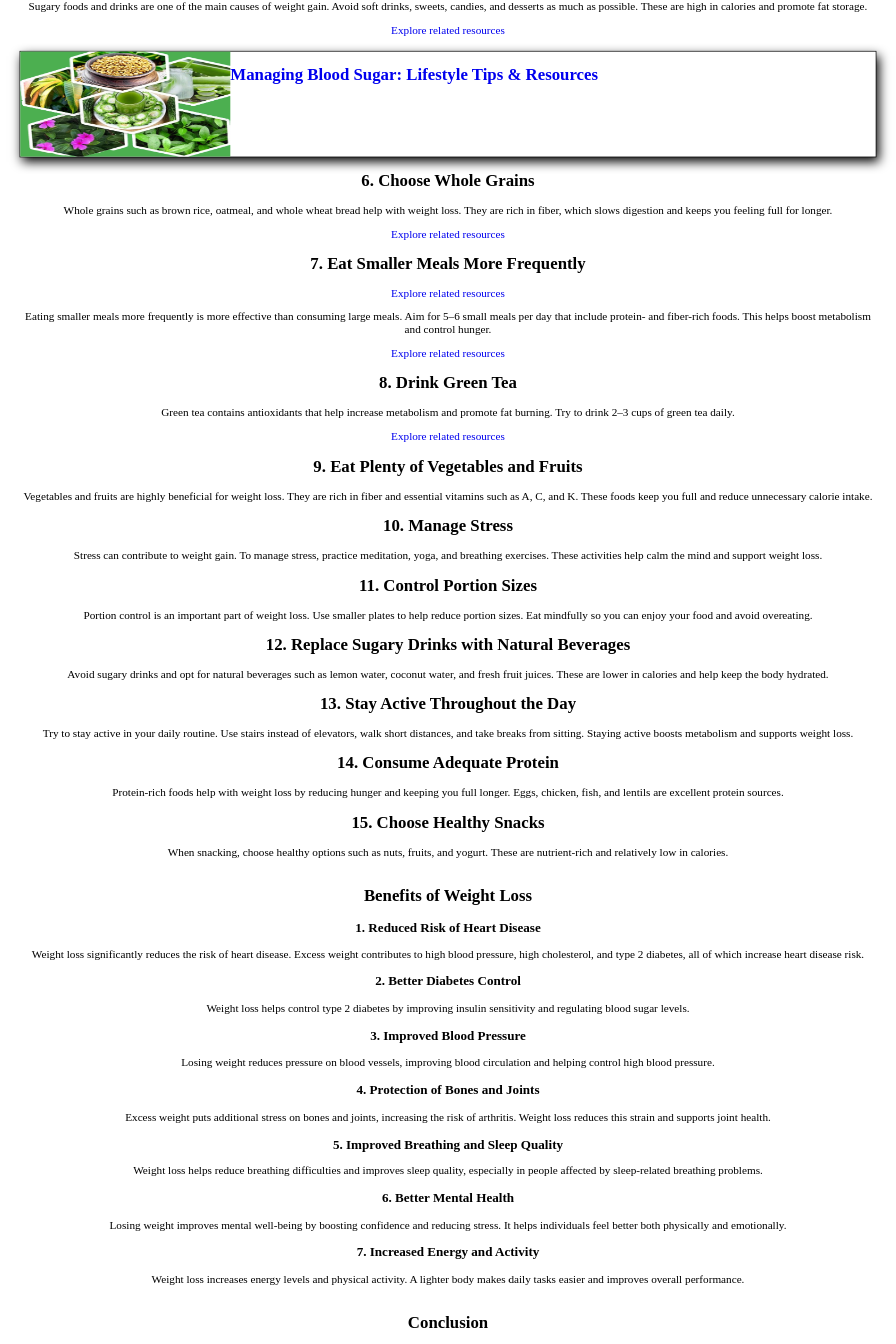
Repository: ridhukhan/spytimes
Page: /weightlose
The author's editor kept a copy of each file at every save. The page is drawn from the files as they stood at one save, then again after the next save.
The browser window is 1280 px wide. The pictures show the part of the page from y = 2624 to 4544 px (the page is 4600 px tall before and 4870 px after), at 70% of full size.
The project was rebuilt for these pictures with package versions that can differ from the ones it lists, and the page was loaded fresh each time. Also part of the build but not shown: vite.config.js, src/pages/home/Home.jsx, src/components/policy/PrivecyPolicy.jsx, src/components/policy/Terms.jsx, src/components/trending/TrendingDetails.jsx, src/pages/heath/Dieabeties.jsx, src/pages/heath/Health.jsx, src/pages/heath/Allergy.jsx.

Above is the page before, as saved 2026-01-15 10:58:49.

### index.html
<!doctype html>
<html lang="en">
  <head>
    <meta charset="UTF-8" />
    <link rel="icon" type="image/svg+xml" href="/vite.svg" />
    <meta name="6a97888e-site-verification" content="945cf2ffcb6885b11db89e632c2e0750">
    <meta name="viewport" content="width=device-width, initial-scale=1.0" />
    <title>spytimes</title>
  </head>
  <body>
<script async type="application/javascript" src="https://a.magsrv.com/ad-provider.js"></script>
 <ins class="eas6a97888e42" data-zoneid="5828556"></ins>
 <script>(AdProvider = window.AdProvider || []).push({"serve": {}});</script>
    <script async type="application/javascript" src="https://a.magsrv.com/ad-provider.js"></script>
 <ins class="eas6a97888e42" data-zoneid="5828556"></ins>
 <script>(AdProvider = window.AdProvider || []).push({"serve": {}});</script>
    <script type="application/javascript">
    var ad_idzone = "5827850",
    ad_popup_fallback = false,
    ad_popup_force = false,
    ad_chrome_enabled = true,
    ad_new_tab = false,
    ad_frequency_period = 30,
    ad_frequency_count = 1,
    ad_trigger_method = 3,
    ad_trigger_delay = 0,
    ad_capping_enabled = true;
</script>
<script type="application/javascript" src="https://a.pemsrv.com/popunder1000.js"></script>
       <script async src="https://a.pemsrv.com/ad-provider.js"></script>
<ins class="eas6a97888e33" data-zoneid="5827872"></ins>
       <div id="root"></div>

<script>(AdProvider = window.AdProvider || []).push({"serve": {}});</script>

<script async type="application/javascript" src="https://a.magsrv.com/ad-provider.js"></script>
 <ins class="eas6a97888e14" data-zoneid="5827854"></ins>
 <script>(AdProvider = window.AdProvider || []).push({"serve": {}});</script>
<script type="module" src="/src/main.jsx"></script>

<script async type="application/javascript" src="https://a.magsrv.com/ad-provider.js"></script>
 <ins class="eas6a97888e31" data-zoneid="5829372"></ins>
 <script>(AdProvider = window.AdProvider || []).push({"serve": {}});</script>
 </body>
</html>

### src/main.jsx
import {BrowserRouter} from "react-router-dom"

import { createRoot } from 'react-dom/client'
import './index.css'
import App from './App.jsx'
import { StrictMode } from "react"
createRoot(document.getElementById('root')).render(

    <BrowserRouter>
    <App />
    </BrowserRouter>

 ,
)

### src/index.css
@media screen and (max-width:414px){
  *{
    width: 100%;
    padding:0;
margin: 0;
  }

  body{
width: 100%;
background-color: white;
color: black;
  }
}

### src/App.jsx
import { Route, Routes } from "react-router-dom"
import Navbar from "./nav/Navbar"
import Home from "./pages/home/Home"
import PrivecyPolicy from "./components/policy/PrivecyPolicy"
import Terms from "./components/policy/Terms"
import TrendingDetails from "./components/trending/TrendingDetails"
import Dieabeties from "./pages/heath/Dieabeties"
import Health from "./pages/heath/Health"
import Allergy from "./pages/heath/Allergy"
import WeightLose from "./pages/heath/WeightLose"

function App() {

  return (
    <div>

   <Navbar/>

   <Routes>
    <Route path="/" element={<Home/>}/>
    <Route  path="/privecypolicy" element={<PrivecyPolicy/>}/>
    <Route  path="/Terms" element={<Terms/>}/>
    <Route  path="/Trendingdetails" element={<TrendingDetails/>}/>
    <Route path="/blood-sugar-natural-tips" element={<Dieabeties/>}/>
<Route path="/health" element={<Health/>}/>
<Route path="/allergy" element={<Allergy/>}/>
<Route path="/weightlose" element={<WeightLose/>}/>


   </Routes>
    </div>
  )
}

export default App

### src/nav/Navbar.jsx
import React from 'react'
import "./Navbar.css"
import { ImCross } from "react-icons/im";
import { TiThMenu } from "react-icons/ti";
import logo from "../assets/download.jpeg"
import { useState } from 'react';
import { Link} from 'react-router-dom';
const Navbar = () => {
    const [openmenu,setOpenmenu]=useState(false)
  return (
    <div style={{position:"fixed",backgroundColor:"red",display:"flex",
    width:"100%", height:"80px", top:"0", zIndex:"1000", boxShadow:"2px 5px 14px black"}}>
<img src={logo} alt="logo" style={{width:"80px", height:"80px", borderRadius:"100%"}}/>
<h1 style={{marginTop:"2%", marginLeft:"7%",}}>SPAY TIMES</h1>
<TiThMenu  onClick={()=>setOpenmenu(!openmenu)}  style={{width:"50px",height:"30px", marginTop:"5%", }}/>

   {openmenu? <div style={{display:"grid",position:"absolute",width:"90%",background:"black", height:"600px", zIndex:"999", marginTop:"10%", borderRadius:"19px", right:"0"}}>
<ImCross onClick={()=>setOpenmenu(null)} style={{ color:"red", left:"0", justifyContent:"flex-start", width:"50px", height:"30px"}}/>

  <ul>


    <Link to={"/"}><li onClick={()=>setOpenmenu(null)}>Home</li></Link>
    <li>USA</li>
    <li>UK</li>
    <li>ASIA</li>
    <Link to={"/health"}><li onClick={()=>setOpenmenu(null)}>Health</li></Link>
   <Link to={"/privecypolicy"}><li   onClick={()=>setOpenmenu(null)} style={{color:"blue"}}>Privecy Policy</li></Link>
<Link to={"/Terms"}><li  onClick={()=>setOpenmenu(null)} style={{color:"blue"}}>Terms &  condition</li></Link>

  </ul>










   </div>: null}
    </div>
  )
}


export default Navbar

### src/pages/heath/WeightLose.jsx
import React from 'react';
import weightlose from "../../assets/weightlose.jpeg";
import diabetes from "../../assets/diabetes01.png";
import { Link } from 'react-router-dom';

import ExoClickBanner from '../../components/ads/ExoclicBanner'
import MagSrvInPlaceAd from '../../components/ads/MagSrvInPlaceAd'

const WeightLose = () => {
  return (
    <div style={{marginTop:"20%", textAlign:"center", padding: "0 20px"}}>
      <ExoClickBanner/>
      <p style={{fontSize:"14px",color:"#555"}}>

        <strong>Disclaimer:</strong> This content is intended for educational purposes only and is not a substitute for professional medical advice, diagnosis, or treatment. Always consult a qualified healthcare provider before making any changes to your diet, exercise routine, or lifestyle.
      </p>

      <h1>Simple and Effective Ways to Lose Weight Naturally for Men and Women</h1>


      <p>Maintaining a healthy weight is essential for overall well-being and long-term health. In today's fast-paced lifestyle, changes in daily habits, food choices, and physical activity have led to a significant increase in weight gain among people of all ages.</p>

      <a href="https://www.effectivegatecpm.com/b4s3z1g3h3?key=624d68387e04f583c66e77df9c6d18a7" target='_blank' rel='nofollow'>
        <img src={weightlose} alt="Healthy lifestyle tips for supporting Weight Lose" style={{maxWidth: "100%"}} />
      </a>
      <ExoClickBanner/>
      <h2>1. Follow a Balanced Diet</h2>
      <p>The first step to healthy weight loss is following a balanced diet. Include adequate amounts of protein, vegetables, fruits, and whole grains in your daily meals. Protein plays a crucial role in weight loss as it reduces hunger and keeps you feeling full for a longer time. Good sources of protein include chicken, eggs, fish, lentils, and chickpeas.</p>
      <a href="https://www.effectivegatecpm.com/b4s3z1g3h3?key=624d68387e04f583c66e77df9c6d18a7" target="_blank" rel="nofollow">
        Explore related resources
      </a>
<MagSrvInPlaceAd/>
      <h2>2. Exercise Regularly</h2>
      <p>Physical exercise is essential for weight loss. Aim to exercise for at least 30 minutes every day.</p>
      <a href="https://www.effectivegatecpm.com/b4s3z1g3h3?key=624d68387e04f583c66e77df9c6d18a7" target="_blank" rel="nofollow">
        Explore related resources
      </a>
      <p>Activities such as walking, running, cycling, and yoga are excellent options. Exercise not only helps reduce weight but also boosts metabolism.</p>
      <a href="https://www.effectivegatecpm.com/b4s3z1g3h3?key=624d68387e04f583c66e77df9c6d18a7" target="_blank" rel="nofollow">
        Explore related resources
      </a>
<ExoClickBanner/>
      <h2>3. Drink Enough Water</h2>
      <p>Drinking sufficient water is very important for weight loss. Water helps flush out toxins from the body and increases metabolism. Try to drink 8–10 glasses of water daily. Drinking water 30 minutes before meals can reduce hunger and prevent overeating.</p>
      <a href="https://www.effectivegatecpm.com/b4s3z1g3h3?key=624d68387e04f583c66e77df9c6d18a7" target="_blank" rel="nofollow">
        Explore related resources
      </a>

      <h2>4. Get Adequate Sleep</h2>
      <p>Adequate sleep is crucial for a healthy body. Ensure 7–8 hours of quality sleep every night. Lack of sleep slows down metabolism and increases hunger hormones, leading to increased food intake.</p>
      <a href="https://www.effectivegatecpm.com/b4s3z1g3h3?key=624d68387e04f583c66e77df9c6d18a7" target="_blank" rel="nofollow">
        Explore related resources
      </a>

      <h2>5. Avoid Sugary Foods and Beverages</h2>
      <p>Sugary foods and drinks are one of the main causes of weight gain. Avoid soft drinks, sweets, candies, and desserts as much as possible. These are high in calories and promote fat storage.</p>
      <a href="https://www.effectivegatecpm.com/b4s3z1g3h3?key=624d68387e04f583c66e77df9c6d18a7" target="_blank" rel="nofollow">
        Explore related resources
      </a>

      <div style={{display:"flex", boxShadow:"4px 7px 15px black", border:"1px solid black", margin: "20px 0"}}>
        <img src={diabetes} alt="Healthy lifestyle tips for supporting blood sugar" style={{width:"300px", height:"150px"}}/>
        <Link to={"/blood-sugar-natural-tips"}><h2>Managing Blood Sugar: Lifestyle Tips & Resources</h2></Link>
      </div>



      <h2>6. Choose Whole Grains</h2>
      <p>Whole grains such as brown rice, oatmeal, and whole wheat bread help with weight loss. They are rich in fiber, which slows digestion and keeps you feeling full for longer.</p>
      <a href="https://www.effectivegatecpm.com/b4s3z1g3h3?key=624d68387e04f583c66e77df9c6d18a7" target="_blank" rel="nofollow">
        Explore related resources
      </a>

      <h2>7. Eat Smaller Meals More Frequently</h2>
      <a href="https://www.effectivegatecpm.com/b4s3z1g3h3?key=624d68387e04f583c66e77df9c6d18a7" target="_blank" rel="nofollow">
        Explore related resources
      </a>
      <p>Eating smaller meals more frequently is more effective than consuming large meals. Aim for 5–6 small meals per day that include protein- and fiber-rich foods. This helps boost metabolism and control hunger.</p>
      <a href="https://www.effectivegatecpm.com/b4s3z1g3h3?key=624d68387e04f583c66e77df9c6d18a7" target="_blank" rel="nofollow">
        Explore related resources
      </a>

      <h2>8. Drink Green Tea</h2>
      <p>Green tea contains antioxidants that help increase metabolism and promote fat burning. Try to drink 2–3 cups of green tea daily.</p>
      <a href="https://www.effectivegatecpm.com/b4s3z1g3h3?key=624d68387e04f583c66e77df9c6d18a7" target="_blank" rel="nofollow">
        Explore related resources
      </a>

      <h2>9. Eat Plenty of Vegetables and Fruits</h2>
      <p>Vegetables and fruits are highly beneficial for weight loss. They are rich in fiber and essential vitamins such as A, C, and K. These foods keep you full and reduce unnecessary calorie intake.</p>

      <h2>10. Manage Stress</h2>
      <p>Stress can contribute to weight gain. To manage stress, practice meditation, yoga, and breathing exercises. These activities help calm the mind and support weight loss.</p>

      <h2>11. Control Portion Sizes</h2>
      <p>Portion control is an important part of weight loss. Use smaller plates to help reduce portion sizes. Eat mindfully so you can enjoy your food and avoid overeating.</p>

      <h2>12. Replace Sugary Drinks with Natural Beverages</h2>
      <p>Avoid sugary drinks and opt for natural beverages such as lemon water, coconut water, and fresh fruit juices. These are lower in calories and help keep the body hydrated.</p>

      <h2>13. Stay Active Throughout the Day</h2>
      <p>Try to stay active in your daily routine. Use stairs instead of elevators, walk short distances, and take breaks from sitting. Staying active boosts metabolism and supports weight loss.</p>

      <h2>14. Consume Adequate Protein</h2>
      <p>Protein-rich foods help with weight loss by reducing hunger and keeping you full longer. Eggs, chicken, fish, and lentils are excellent protein sources.</p>

      <h2>15. Choose Healthy Snacks</h2>
      <p>When snacking, choose healthy options such as nuts, fruits, and yogurt. These are nutrient-rich and relatively low in calories.</p>

      <h2 style={{marginTop: "40px"}}>Benefits of Weight Loss</h2>

      <h3>1. Reduced Risk of Heart Disease</h3>
      <p>Weight loss significantly reduces the risk of heart disease. Excess weight contributes to high blood pressure, high cholesterol, and type 2 diabetes, all of which increase heart disease risk.</p>

      <h3>2. Better Diabetes Control</h3>
      <p>Weight loss helps control type 2 diabetes by improving insulin sensitivity and regulating blood sugar levels.</p>

      <h3>3. Improved Blood Pressure</h3>
      <p>Losing weight reduces pressure on blood vessels, improving blood circulation and helping control high blood pressure.</p>

      <h3>4. Protection of Bones and Joints</h3>
      <p>Excess weight puts additional stress on bones and joints, increasing the risk of arthritis. Weight loss reduces this strain and supports joint health.</p>

      <h3>5. Improved Breathing and Sleep Quality</h3>
      <p>Weight loss helps reduce breathing difficulties and improves sleep quality, especially in people affected by sleep-related breathing problems.</p>

      <h3>6. Better Mental Health</h3>
      <p>Losing weight improves mental well-being by boosting confidence and reducing stress. It helps individuals feel better both physically and emotionally.</p>

      <h3>7. Increased Energy and Activity</h3>
      <p>Weight loss increases energy levels and physical activity. A lighter body makes daily tasks easier and improves overall performance.</p>

      <h2 style={{marginTop: "40px"}}>Conclusion</h2>
      <p>Weight loss is a gradual process that requires time, patience, and consistency. By following a balanced diet, exercising regularly, and maintaining a healthy lifestyle, successful weight loss is achievable. Give yourself time, set realistic goals, and be kind to yourself as you work toward better health.</p>

    </div>
  );
};

export default WeightLose;

### src/nav/Navbar.css
ul li{
text-align: center;
    color: aliceblue;
    border-bottom: 2px solid white;
    font-size: 40px;
    list-style: none;
    cursor: pointer;

}
ul li:hover{
    background-color: brown;
}
a{
    text-decoration: none;
}

### src/components/ads/ExoclicBanner.jsx
const ExoClickBanner = () => {
  return (
    <iframe
      src="//a.magsrv.com/iframe.php?idzone=5827828&size=300x250"
      width="300"
      height="250"
      scrolling="no"
      marginWidth="0"
      marginHeight="0"
      frameBorder="0"
      style={{
        border: "0",
        overflow: "hidden",
        display: "block",
      }}
      title="exoclick-ad-300x250"
    ></iframe>
  );
};

export default ExoClickBanner;

### src/components/ads/MagSrvInPlaceAd.jsx
import { useEffect, useRef } from "react";

const MagSrvInPlaceAd = () => {
  const adRef = useRef(null);

  useEffect(() => {
    // স্ক্রিপ্ট create
    const script = document.createElement("script");
    script.src = "https://a.magsrv.com/ad-provider.js";
    script.async = true;
    document.body.appendChild(script);

    script.onload = () => {
      window.AdProvider = window.AdProvider || [];
      if (adRef.current) {
        window.AdProvider.push({ serve: {} });
      }
    };

    return () => {
      // optional: cleanup করলে আবার load করতে হবে
      // document.body.removeChild(script);
    };
  }, []);

  return (
    <div>
      <ins
        ref={adRef}
        className="eas6a97888e20"
        data-zoneid="5828560"
        style={{ display: "block", width: "100%", height: "250px" }}
      ></ins>
    </div>
  );
};

export default MagSrvInPlaceAd;

After the next save:
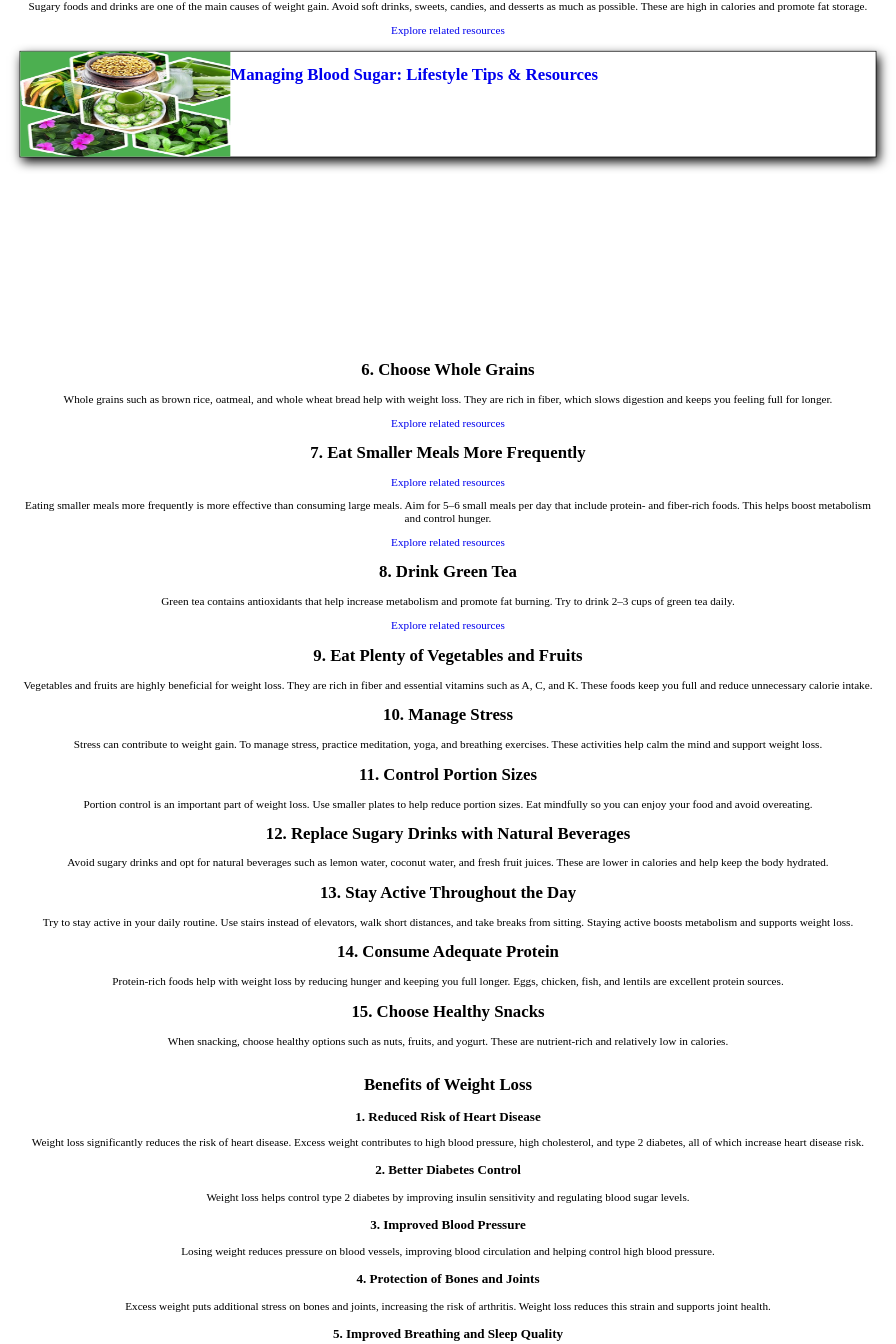
Saved 14 s later.
--- a/src/pages/heath/WeightLose.jsx
+++ b/src/pages/heath/WeightLose.jsx
@@ -63,7 +63,7 @@ const WeightLose = () => {
         <Link to={"/blood-sugar-natural-tips"}><h2>Managing Blood Sugar: Lifestyle Tips & Resources</h2></Link>
       </div>
 
-
+      <MagSrvInPlaceAd/>
 
       <h2>6. Choose Whole Grains</h2>
       <p>Whole grains such as brown rice, oatmeal, and whole wheat bread help with weight loss. They are rich in fiber, which slows digestion and keeps you feeling full for longer.</p>
